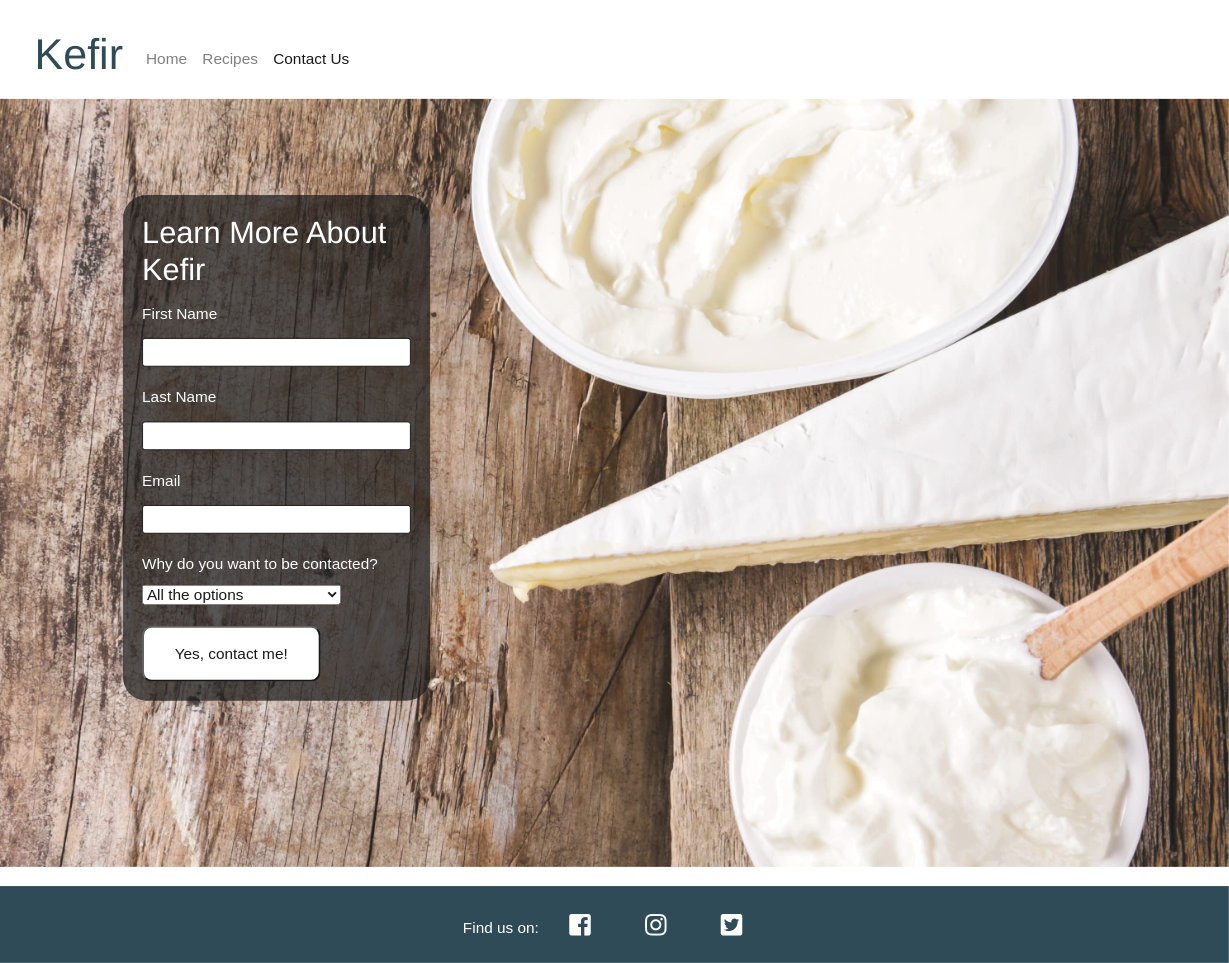
Repository: Code-Institute-Submissions/andna5980-kefir-repo_JuneResub
Page: contact.html
The author's editor kept a copy of each file at every save. The page is drawn from the files as they stood at one save, then again after the next save.
The browser window is 1280 px wide. The pictures show the whole page, at 96% of full size.
Some web fonts or font styles are not loaded; a fallback is used. Some web libraries are served in a nearby version.

Above is the page before, as saved 2021-03-02 23:54:27.

### contact.html
<!DOCTYPE html>
<html lang="en-US">

<head>
    <meta charset="UTF-8">
    <meta name="viewport" content="width=device-width, initial-scale=1.0">
    <meta name="author" content="Andres Navarrete">
    <meta name="description"
        content="Kefir, meet the power of nature. Bring the right knowledge and the best recipes from mother nature">
    <meta name="keywords" content="Kefir, recipes, natural-products, home-made, organic, healthy">
    <title>KEFIR | MEET THE POWER OF NATURE</title>
    <link rel="stylesheet" href="https://cdn.jsdelivr.net/npm/bootstrap@4.5.3/dist/css/bootstrap.min.css"
        integrity="sha384-TX8t27EcRE3e/ihU7zmQxVncDAy5uIKz4rEkgIXeMed4M0jlfIDPvg6uqKI2xXr2" crossorigin="anonymous">
    <link rel="stylesheet" href="https://use.fontawesome.com/releases/v5.6.3/css/all.css"
        integrity="sha384-UHRtZLI+pbxtHCWp1t77Bi1L4ZtiqrqD80Kn4Z8NTSRyMA2Fd33n5dQ8lWUE00s/" crossorigin="anonymous">
    <link href="./assets/styles/style.css" rel="stylesheet">
</head>

<body>
    <!--------------------Main-Header-------------------------------------->
    <header>
        <nav class="navbar navbar-expand-md navbar-light">
            <a class="navbar-brand" href="index.html">Kefir</a>
            <button class="navbar-toggler" type="button" data-toggle="collapse" data-target="#navbarNav"
                aria-controls="navbarNav" aria-expanded="false" aria-label="Toggle navigation">
                <span class="navbar-toggler-icon"></span>
            </button>
            <div class="collapse navbar-collapse" id="navbarNav">
                <ul class="navbar-nav">
                    <li class="nav-item">
                        <a class="nav-link" href="index.html">Home </a>
                    </li>
                    <li class="nav-item">
                        <a class="nav-link" href="recipes.html">Recipes</a>
                    </li>
                    <li class="nav-item active">
                        <a class="nav-link" href="contact.html">Contact Us<span class="sr-only">(current)</span></a>
                    </li>
                </ul>
            </div>
        </nav>
    </header>

    <!--------------------Form-section-------------------------------------->


    <section class="form-section">

        <form method="POST" action="https://formdump.codeinstitute.net/" class="contact-form">
            <h2>Learn More About Kefir</h2>
            <label for="fname">First Name</label>
            <input type="text" required id="fname" name="first_name" class="text-input">
            <label for="lname">Last Name</label>
            <input type="text" required id="lname" name="last_name" class="text-input">
            <label for="email">Email</label>
            <input type="email" required id="email" name="email_address" class="text-input">

            <label for="reason">Why do you want to be contacted?</label>
            <select name="reason" id="reason">
                <option value="information">General Information</option>
                <option value="recipes">Kefir Recipes</option>
                <option value="join">Join The Kefir Community</option>
                <option value="all" selected="">All the options</option>

                <input type="submit" value="Yes, contact me!" class="button">
        </form>


    </section>







</body>


<footer>
    <div class=" col-12 social-networks">
        <span>Find us on:</span>
        <a href="http://facebook.com" target="_blank"><i class="fab fa-facebook-square"></i></a>

        <a href="http://instagram.com" target="_blank"><i class="fab fa-instagram"></i></a>

        <a href="http://twitter.com" target="_blank"><i class="fab fa-twitter-square"></i></a>
    </div>
</footer>





<script src="https://code.jquery.com/jquery-3.2.1.slim.min.js"
    integrity="sha384-KJ3o2DKtIkvYIK3UENzmM7KCkRr/rE9/Qpg6aAZGJwFDMVNA/GpGFF93hXpG5KkN"
    crossorigin="anonymous"></script>
<script src="https://cdnjs.cloudflare.com/ajax/libs/popper.js/1.12.9/umd/popper.min.js"
    integrity="sha384-ApNbgh9B+Y1QKtv3Rn7W3mgPxhU9K/ScQsAP7hUibX39j7fakFPskvXusvfa0b4Q"
    crossorigin="anonymous"></script>
<script src="https://maxcdn.bootstrapcdn.com/bootstrap/4.0.0/js/bootstrap.min.js"
    integrity="sha384-JZR6Spejh4U02d8jOt6vLEHfe/JQGiRRSQQxSfFWpi1MquVdAyjUar5+76PVCmYl"
    crossorigin="anonymous"></script>

</html>

### assets/styles/style.css
@import url('https://fonts.googleapis.com/css2?family=Amatic+SC&family=Caveat+Brush&display=swap');
body {
    font-family: Arial, Helvetica, sans-serif;
    color: #2F4B58;
    max-width: 1950px;
}

h1, h2, h3 {
    font-family: Caveat Brush, Helvetica, sans-serif;
    color: #2F4B58;
}

/*----------------------BORDER ROWS AND COLUMNS----------*/

.test-red {
    border: 3px solid red
}

.test-blue {
    border: 1px solid blue
}

/*-----------------------Header ----------*/

.navbar-brand {
    font-family: Caveat Brush, Helvetica, sans-serif;
    font-size: 280%;
    margin-left: 20px;
    margin-top: 10px;
}

.navbar-light .navbar-brand {
    color: #2F4B58;
}

.navbar-nav {
    float: right;
}

.navbar-nav li a {
    margin-top: 20px;
    color: #2F4B58;
}

.navbar-toggler {
    border: 2px solid #2F4B58;
    color: #2F4B58;
}

/*-----------------------Hero-Image ----------*/

.container-hero {
    height: 400px;
    overflow: hidden;
}

.hero-image {
    height: 400px;
    width: 110%;
    background: url(../images/milk-kefir-grains-spoon_1024x1024.jpg) no-repeat center;
    animation-name: hero-zoom;
    animation-duration: 4s;
    animation-fill-mode: forwards;
}

.cover-text h2 {
    color: whitesmoke;
    font-size: 140%;
    letter-spacing: 4px;
    text-align: center;
    width: 200px;
    height: 75px;
    padding-top: 10px;
    background-color: rgba(0, 0, 0, .5);
    border-radius: 30px;
    top: 200px;
    left: 20%;
    position: absolute;
}

/*------Animation of the Hero image-------*/

@keyframes hero-zoom {
    from {
        transform: scale(1);
    }
    to {
        transform: scale(1.2);
    }
}

/*-----------------------What-is-kefir-are----------*/

.welcome-text {
    text-align: center;
    margin: 25px, 0;
    padding-top: 30px;
}

.kefir-description {
    padding: 40px;
}

.kefir-description-image {
    padding-top: 20px;
    text-align: center;
}

/*-----------------------Kefir-Benefits-Area----------*/

.benefits-title {
    text-align: center;
    margin: 40px, 0;
}

.benefits-row {
    padding: 40px;
    color: #2F4B58;
}

.benefits-box1 {
    background-color: #ECECDE;
}

/*-----------------------Testimonies----------*/

.testimonies-title {
    text-align: center;
    margin: 25px, 0;
    margin-top: 10px;
    margin-bottom: 10px;
}

.testimony-image1 {
    padding-top: 40px;
    /* padding-left: 50px;  */
    display: flex;
    justify-content: center;
}

.testimony-image2 {
    padding-top: 40px;
    /* padding-left: 100px;  */
    display: flex;
    justify-content: center;
}

.testimony-box {
    padding: 50px;
    justify-content: center;
}

/*-----------------------Recipes-Page----------*/

.recipes-title {
    text-align: center;
    margin: 40px, 0;
}

.picture-box {
    padding-top: 5px;
    display: flex;
    justify-content: center;
}

/*-----------------------Contact-Page----------*/

.form-section {
    clear: right;
    background: url(../images/milk-products-dairy-wood-table.jpg) no-repeat center;
    opacity: 0.9;
    background-size: cover;
    background-position: right;
    height: 800px;
}

.contact-form {
    margin-top: 100px;
    color: white;
    background-color: rgba(0, 0, 0, 0.7);
    max-width: 320px;
    position: absolute;
    left: 10%;
    padding: 20px;
    border-radius: 25px;
}

.contact-form>h2 {
    margin-bottom: 15px;
    font-size: xx-large;
    color: white;
}

.text-input {
    background: white;
    color: black;
    width: 100%;
    height: 30px;
    margin: 5px 0 20px 0;
    border: 1px solid black;
    border-radius: 3px;
}

.button {
    margin-top: 20px;
    border-radius: 10px;
    padding: 15px 32px 15px 32px;
    text-align: center;
    font-size: 100%;
    background-color: white;
    color: black;
    display: block;
}

.button:hover {
    background-color: black;
    color: white;
}

/*-----------------------Footer----------*/

footer {
    height: 80px;
    width: 100%;
    background-color: #2F4B58;
    overflow: hidden;
    margin-top: 20px;
}

.social-networks {
    text-align: center;
    margin-right: 20px;
}

.social-networks a {
    color: white;
    display: inline-block;
    margin: 1px;
    padding: 2%;
    transition: all 0.35s ease-in-out;
    -moz-transition: all 0.35s ease-in-out;
    -webkit-transition: all 0.35s ease-in-out;
    -o-transition: all 0.35s ease-in-out;
}

.social-networks a i:hover {
    color: black;
}

.social-networks i {
    font-size: 160%;
    margin: 1%;
    padding: 5%;
    color: white;
}

.social-networks span {
    color: white;
}

After the next save:
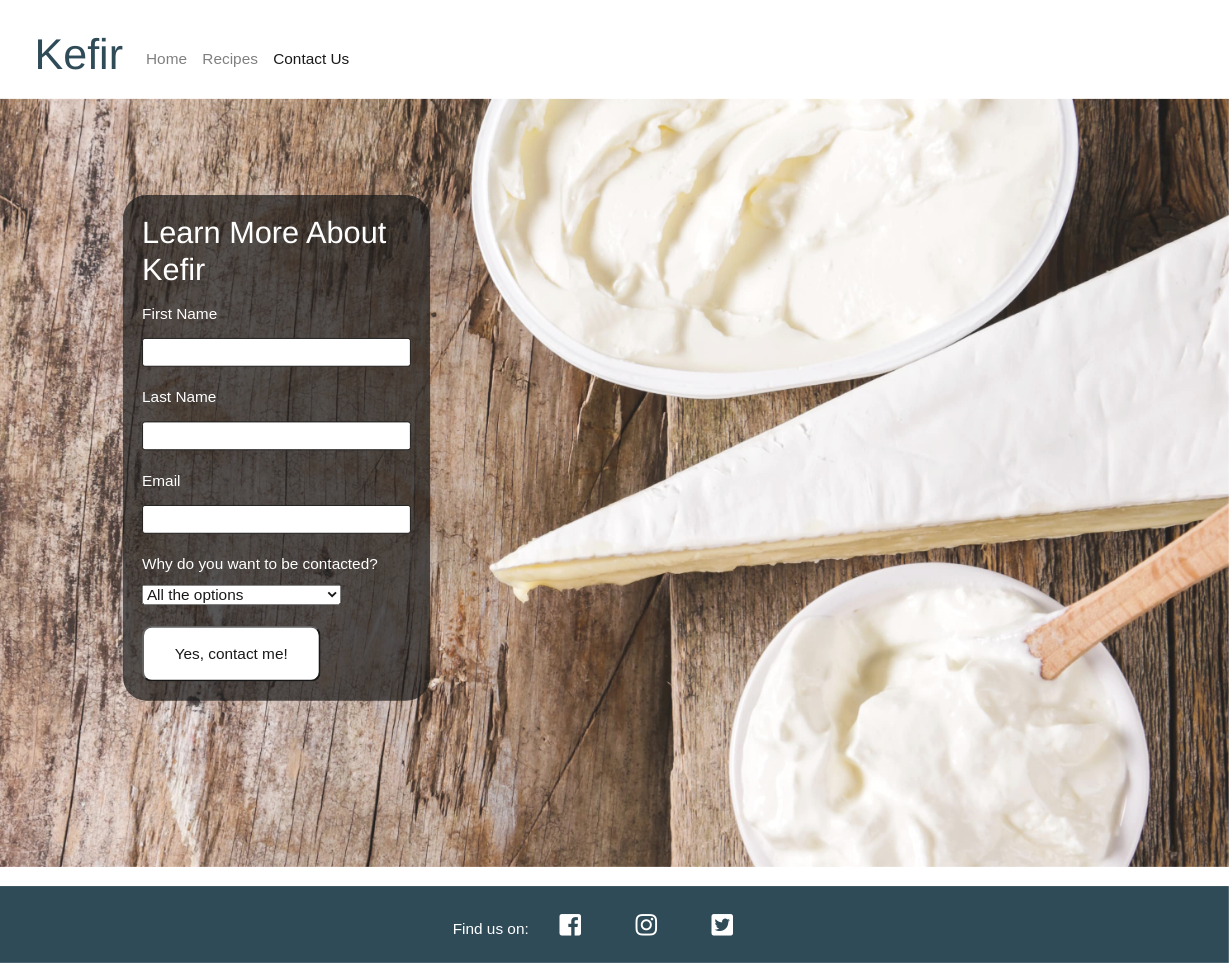
Saved 61 s later.
--- a/contact.html
+++ b/contact.html
@@ -78,7 +78,7 @@
 
 
 <footer>
-    <div class=" col-12 social-networks">
+    <div class="social-networks">
         <span>Find us on:</span>
         <a href="http://facebook.com" target="_blank"><i class="fab fa-facebook-square"></i></a>
 
@@ -87,8 +87,6 @@
         <a href="http://twitter.com" target="_blank"><i class="fab fa-twitter-square"></i></a>
     </div>
 </footer>
-
-
 
 
 
